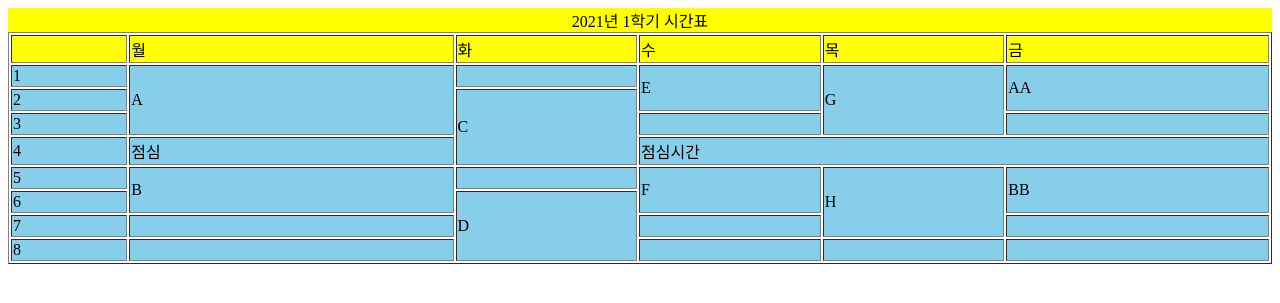
Repository: o-ddong/JSP
Page: ch1_html/WebContent/hello.html
These files come from the project's save history. The page is drawn as it stood at one moment and after the next save; the edit follows.
The browser window is 1280 px wide. The pictures show the whole page.

Above is the page before, as saved 2021-03-03 06:02:26.

### ch1_html/WebContent/hello.html
<!DOCTYPE html>
<html>
<head>
<meta charset="EUC-KR">
<title>Insert title here</title>
<style type = "text/css">
	.back_y{background-color:yellow;}
	.back_b{background-color:skyblue}
</style>
</head>
<body>

<table border="1"; width=100%;>
	<caption class=back_y>2021년 1학기 시간표</caption>
	<tr class=back_y>
		<td></td>
		<td>월</td>
		<td>화</td>
		<td>수</td>
		<td>목</td>
		<td>금</td>
	</tr>
	<tr class=back_b>
		<td>1</td>
		<td rowspan=3>A</td>
		<td></td>
		<td rowspan=2>E</td>
		<td rowspan=3>G</td>
		<td rowspan=2>AA</td>
	</tr>
	<tr class=back_b>
		<td>2</td>
		<td rowspan=3>C</td>
	</tr>
	<tr class=back_b>
		<td>3</td>
		<td></td>
		<td></td>
	</tr>
	<tr class=back_b>
		<td>4</td>
		<td>점심</td>
		<td colspan=3>점심시간</td>
	</tr>
	<tr class=back_b>
		<td>5</td>
		<td rowspan=2>B</td>
		<td></td>
		<td rowspan=2>F</td>
		<td rowspan=3>H</td>
		<td rowspan=2>BB</td>
	</tr>
	<tr class=back_b>
		<td>6</td>
		<td rowspan=3>D</td>
	</tr>
	<tr class=back_b>
		<td>7</td>
		<td></td>
		<td></td>
		<td></td>
	</tr>
	<tr class=back_b>
		<td>8</td>
		<td></td>
		<td></td>
		<td></td>
		<td></td>
	</tr>
</table>

</body>
</html>

After the next save:
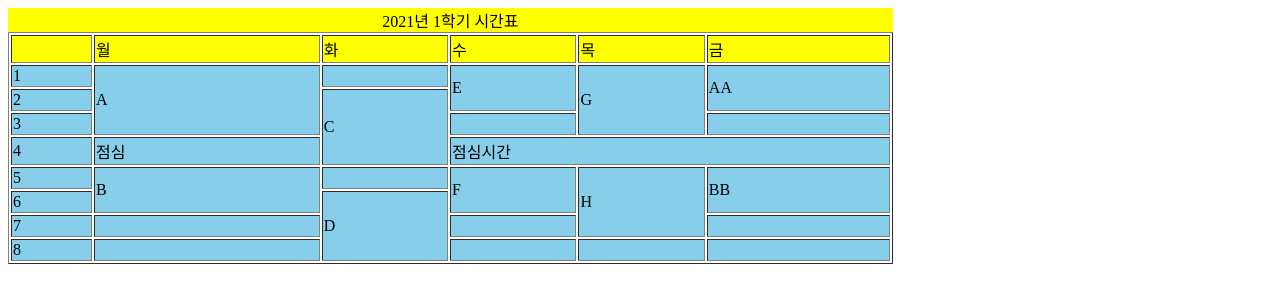
Saved 15 s later.
--- a/ch1_html/WebContent/hello.html
+++ b/ch1_html/WebContent/hello.html
@@ -10,7 +10,7 @@
 </head>
 <body>
 
-<table border="1"; width=100%;>
+<table border="1"; width=70%;>
 	<caption class=back_y>2021년 1학기 시간표</caption>
 	<tr class=back_y>
 		<td></td>
